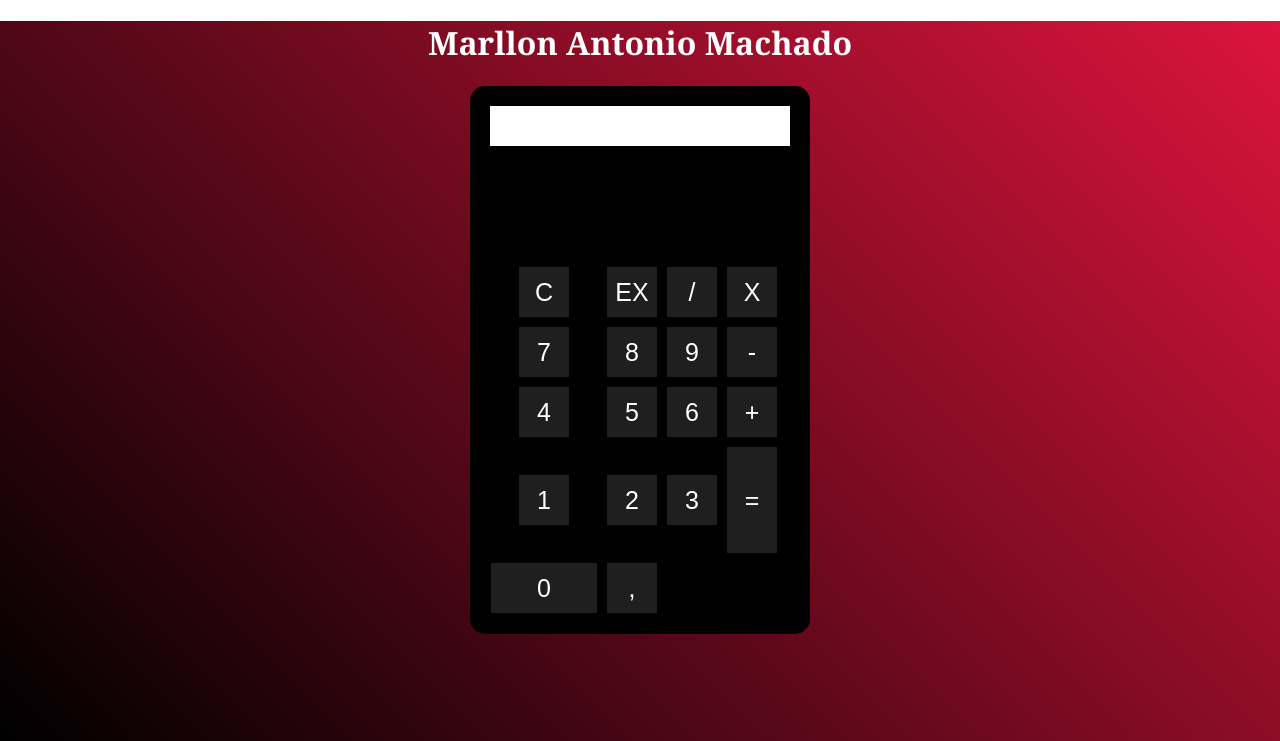
Repository: marllon-hetzler/calculadora.js
Page: interface.html
The author's editor kept a copy of each file at every save. The page is drawn from the files as they stood at one save, then again after the next save.
The browser window is 1280 px wide. The pictures show the whole page.

Above is the page before, as saved 2022-11-04 19:58:25.

After the next save:
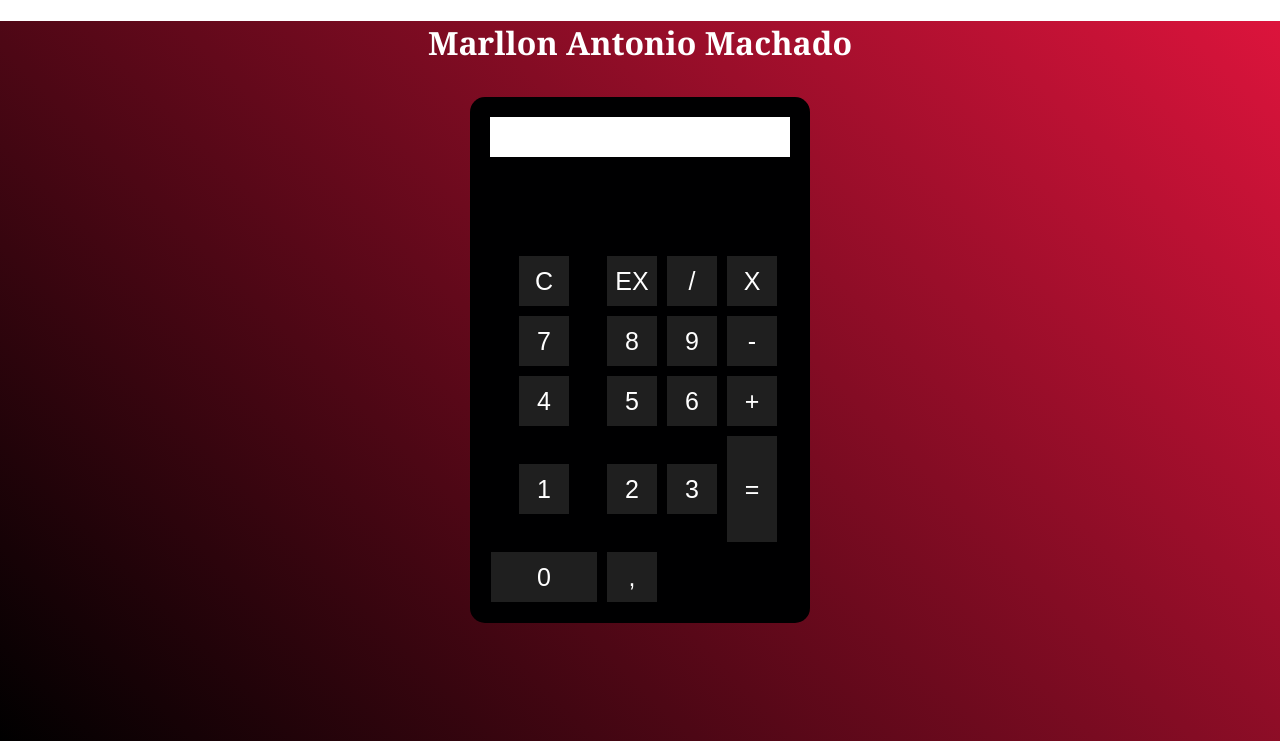
Saved 16 s later.
--- a/interface.html
+++ b/interface.html
@@ -94,7 +94,7 @@
             <tr>
                 <td><button class ="botao" style="width:106px ;" onclick="insert('0')">0</button></td>
                 <td><button class ="botao" onclick="insert(',')">,</button></td>
-            </tr><br/>
+            </tr>
         </table>
     </div>
     </div>
